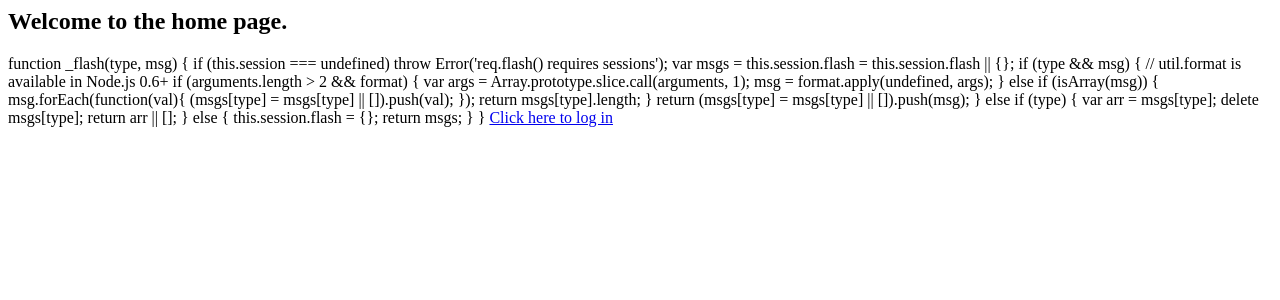
Repository: sax1johno/CIS-67_web_development_node
Page: http://localhost/
The author's editor kept a record of every edit. The page is drawn from the files as they stood at one moment, then again after the next edit.
The browser window is 1280 px wide. The pictures show the whole page.
The page is served by the project's Node server (Lecture 3.30/session-based-auth/app.js).

Above is the page before.

After the next edit:
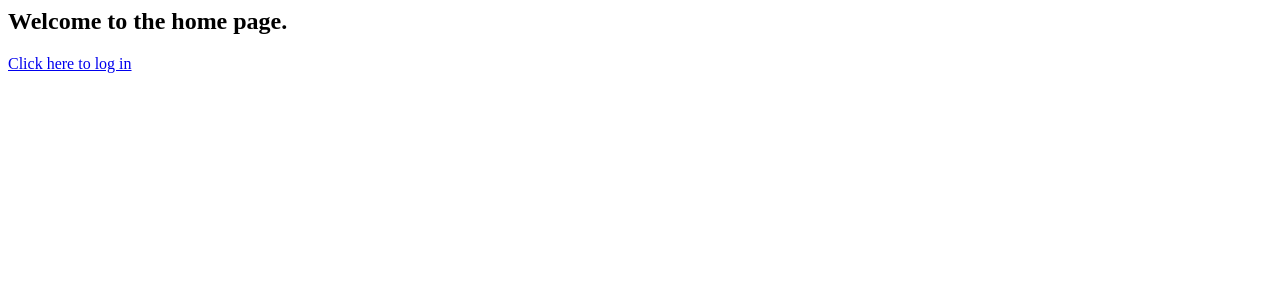
The edit:
--- a/Lecture 3.30/session-based-auth/app.js
+++ b/Lecture 3.30/session-based-auth/app.js
@@ -66,7 +66,7 @@
 app.get('/',
     function(req, res) {
     res.render("index.ejs", {
-        message: req.flash
+        message: req.flash('info')
     });
 });
 
